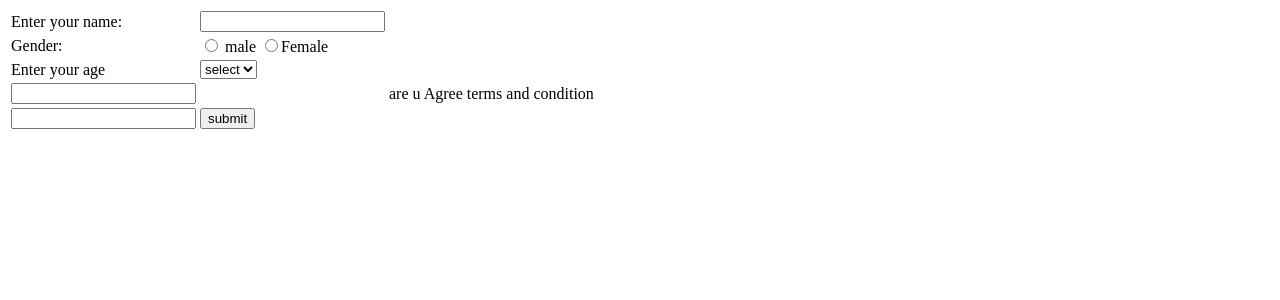
Repository: nishigandhamangle/gitDemo
Page: java/Servlet/ServletFormValidation/WebContent/WEB-INF/index.html
An editor plug-in stored every save of this project. The page is shown before and after the next save, followed by the edit.
The browser window is 1280 px wide. The pictures show the whole page.

Above is the page before, as saved 2019-11-14 11:08:37.

After the next save:
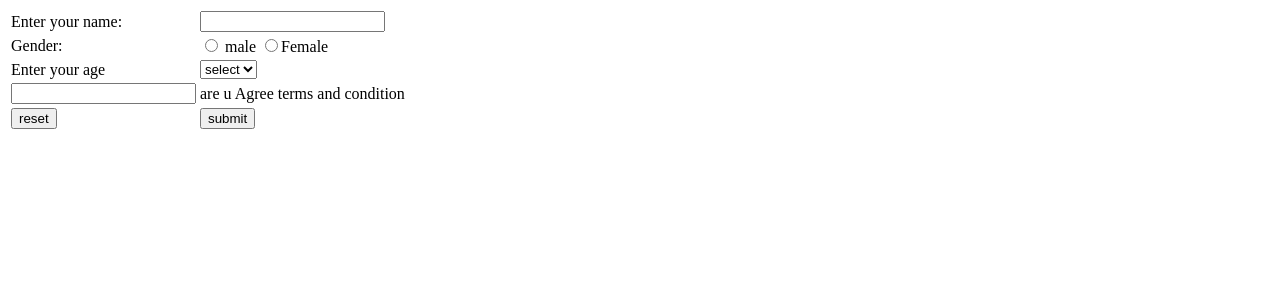
Saved 113 s later.
--- a/java/Servlet/ServletFormValidation/WebContent/WEB-INF/index.html
+++ b/java/Servlet/ServletFormValidation/WebContent/WEB-INF/index.html
@@ -56,10 +56,10 @@ male
 <tr>
 <td>
 <input type="checkbok" name="check">
-<td>
+</td>
 <td>are u Agree terms and condition</td>
 </tr><tr>
-<td><input type="resel"></td>
+<td><input type="reset" value="reset" ></td>
 <td><input type="submit" value="submit">
 </td></tr></table>
 </form>
